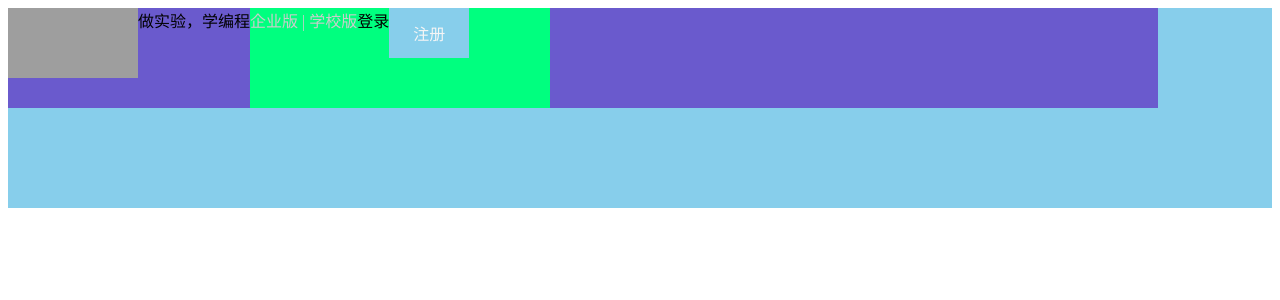
Repository: wuguozheng/xxbb
Page: /
An editor plug-in stored every save of this project. The page is shown before and after the next save, followed by the edit.
The browser window is 1280 px wide. The pictures show the whole page.
Pictures or frames that could not be fetched are drawn as grey boxes. The project was rebuilt for these pictures with package versions that can differ from the ones it lists, and the page was loaded fresh each time.

Above is the page before, as saved 2020-06-01 12:02:55.

After the next save:
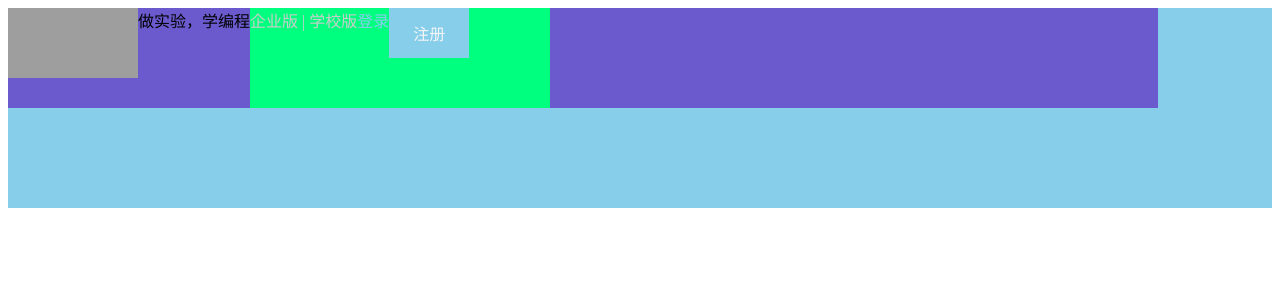
Saved 44 s later.
--- a/src/components/home/Mxs1.vue
+++ b/src/components/home/Mxs1.vue
@@ -6,7 +6,7 @@
        <div>做实验，学编程</div>
        <div class="rap-2">
          <div class="timi-1">企业版 | 学校版</div>
-         <div>登录</div>
+         <div class="timi-2">登录</div>
          <div class="timi">注册</div>
        </div>
      </div>
@@ -73,4 +73,7 @@
 .timi-1 {
   color: #ccc;
 }
+.timi-2 {
+  color: skyblue;
+}
 </style>
